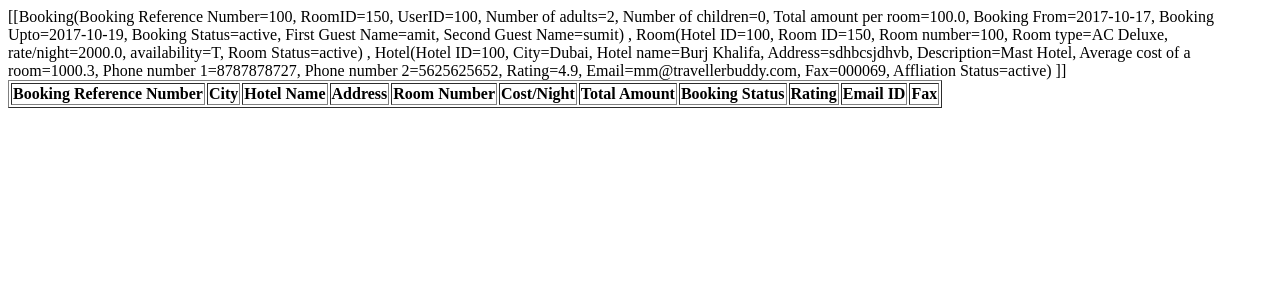
Repository: dishangjain/SpringProject
Page: http://localhost/HotelBookingManagementSystem/JSPs/BookingStatus.jsp
These files come from the project's save history. The page is drawn as it stood at one moment and after the next save; the edit follows.
The browser window is 1280 px wide. The pictures show the whole page.
The page is served by Tomcat 9. Nobody is signed in. The application's start-up code is not run. Other server files are loaded and not shown. The template is opened directly, without the code that normally fills it, so the values that code supplies are empty.

Above is the page before, as saved 2017-10-16 05:45:01.

### HotelBookingManagementSystem/WebContent/JSPs/BookingStatus.jsp
<%@ page language="java" contentType="text/html; charset=ISO-8859-1"
    pageEncoding="ISO-8859-1"%>
<%@ taglib uri="http://java.sun.com/jsp/jstl/core" prefix="c" %>
<!DOCTYPE html PUBLIC "-//W3C//DTD HTML 4.01 Transitional//EN" "http://www.w3.org/TR/html4/loose.dtd">
<html>
	<head>
		<meta http-equiv="Content-Type" content="text/html; charset=ISO-8859-1">
		<title>Your bookings</title>
	</head>
	<body>



	[[Booking(Booking Reference Number=100, RoomID=150, UserID=100, Number of adults=2, Number of children=0,
	 Total amount per room=100.0, Booking From=2017-10-17, Booking Upto=2017-10-19, Booking Status=active,
	  First Guest Name=amit, Second Guest Name=sumit) , Room(Hotel ID=100, Room ID=150, Room number=100,
	   Room type=AC Deluxe, rate/night=2000.0, availability=T, Room Status=active) , Hotel(Hotel ID=100,
	    City=Dubai, Hotel name=Burj Khalifa, Address=sdhbcsjdhvb, Description=Mast Hotel, Average cost of a room=1000.3,
	     Phone number 1=8787878727, Phone number 2=5625625652, Rating=4.9, Email=mm@travellerbuddy.com, Fax=000069,
	      Affliation Status=active) ]]


			<table border="1">
			<tr>
				<th>Booking Reference Number</th>
				<th>City</th>
				<th>Hotel Name</th>
				<th>Address</th>
				<th>Room Number</th>
				<th>Cost/Night</th>
				<th>Total Amount</th>
				<th>Booking Status</th>
				<th>Rating</th>
				<th>Email ID</th>
				<th>Fax</th>
			</tr>
			<c:forEach items="${hotelList }" var="hotel">
				<tr>
					<td>${hotel.hotelID }</td>
					<td>${hotel.city }</td>
					<td>${hotel.hotelName }</td>
					<td>${hotel.address }</td>
					<td>${hotel.description }</td>
					<td>${hotel.avgRatePerNight }</td>
					<td>${hotel.phoneNumber1 }</td>
					<td>${hotel.phoneNumber2 }</td>
					<td>${hotel.rating }</td>
					<td>${hotel.email }</td>
					<td>${hotel.fax }</td>

				</tr>
			</c:forEach>
		</table>
	</body>
</html>

After the next save:
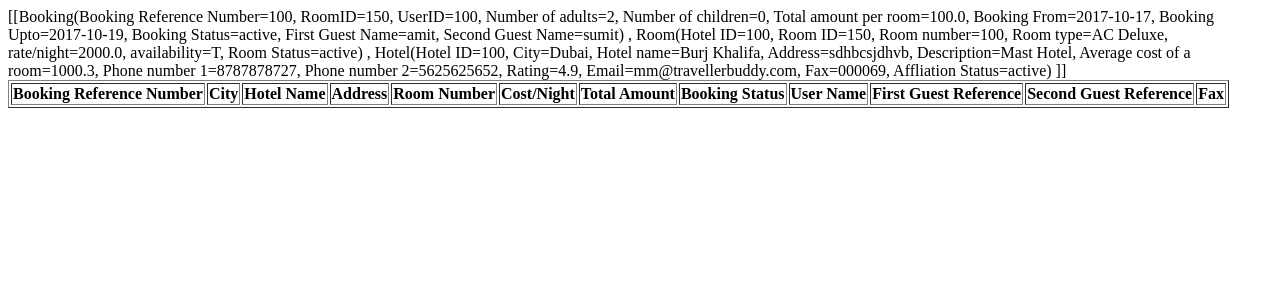
Saved 44 s later.
--- a/HotelBookingManagementSystem/WebContent/JSPs/BookingStatus.jsp
+++ b/HotelBookingManagementSystem/WebContent/JSPs/BookingStatus.jsp
@@ -30,8 +30,9 @@
 				<th>Cost/Night</th>
 				<th>Total Amount</th>
 				<th>Booking Status</th>
-				<th>Rating</th>
-				<th>Email ID</th>
+				<th>User Name</th>
+				<th>First Guest Reference</th>
+				<th>Second Guest Reference</th>
 				<th>Fax</th>
 			</tr>
 			<c:forEach items="${hotelList }" var="hotel">
